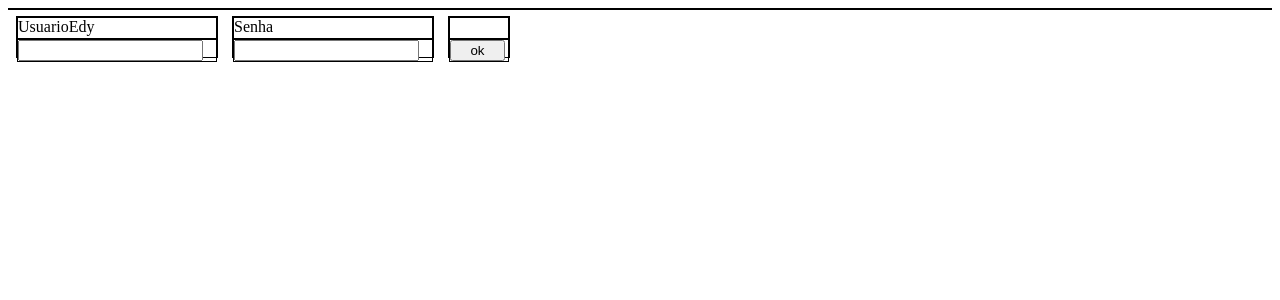
Repository: ermartins/MADASCAR
Page: http://localhost/ProjectPortal_ERM/Login/Login.jsp
These files come from the project's save history. The page is drawn as it stood at one moment and after the next save; the edit follows.
The browser window is 1280 px wide. The pictures show the whole page.
The page is served by Tomcat 9. Other server files are loaded and not shown.

Above is the page before, as saved 2016-10-13 17:20:24.

### JAVA/ProjectPortal_ERM/WebContent/Login/Login.jsp
<%@ page language="java" contentType="text/html; charset=ISO-8859-1"
	pageEncoding="ISO-8859-1"%>
<%@taglib prefix="fmt" uri="http://java.sun.com/jsp/jstl/fmt"%>
<!DOCTYPE html PUBLIC "-//W3C//DTD HTML 4.01 Transitional//EN" "http://www.w3.org/TR/html4/loose.dtd">
<html>
<head>
<meta name="viewport" content="width=device-width, initial-scale=1">
<meta http-equiv="Content-Type" content="text/html; charset=ISO-8859-1">
<link href="Styles/IncludeBorder.css" rel="stylesheet" />
<link href="Styles/Login.css" rel="stylesheet" />

<title>Insert title here</title>

</head>
<body>
	<fmt:setLocale value="pt" />
	<div class="cl_Border cl_Width510">
		<div class="cl_Border cl_Margin7 cl_Height40"
			style="float: left; width: 200px;">
			<div class="cl_Border cl_Height20">
				<label id="lblUsuario"><fmt:message key="recurso.lblUsuario" /></label>
			</div>
			<div class="cl_Border">
				<input type="text" name="txtUsuario">
			</div>
		</div>
		<div class="cl_Border cl_Margin7 cl_Height40"
			style="float: left; width: 200px; ">
			<div class="cl_Border cl_Height20" >
				<label id="lblSenha"><fmt:message key="recurso.lblSenha" /></label>
			</div>
			<div class="cl_Border">
				<input type="password" name="txtSenha">
			</div>
		</div>
		<div class="cl_Border cl_Margin7 cl_Height40"
			style="float: left; width: 60px;">
						<div class="cl_Border cl_Height20">
			</div>
			<div class="cl_Border">
				<input type="submit" name="btnOk" value="ok" style="width: 55px;">
			</div>
		</div>
	</div>
</body>
</html>

### JAVA/ProjectPortal_ERM/WebContent/Styles/IncludeBorder.css
.cl_Border{
border-style: solid;
border-width: 1px;
}

### JAVA/ProjectPortal_ERM/WebContent/Styles/Login.css
@CHARSET "ISO-8859-1";
.cl_Height20
{
	height: 20px;
}

.cl_Margin7
{
	margin: 7px;
}

.cl_Height40
{
	height: 40px;
}

After the next save:
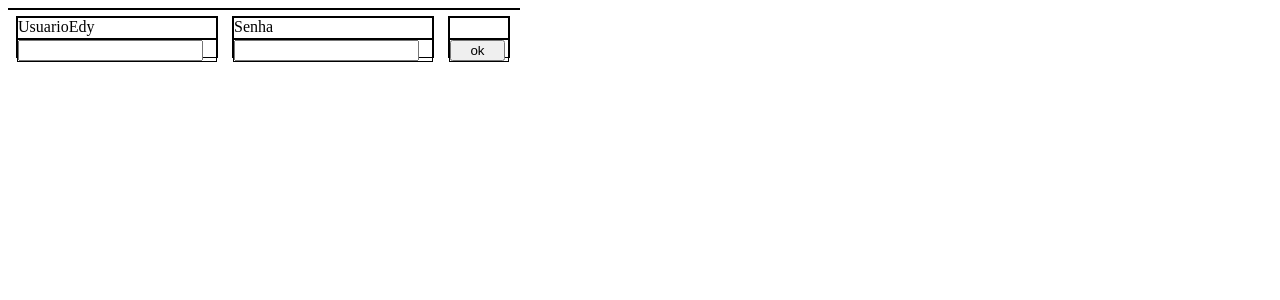
Saved 66 s later.
--- a/JAVA/ProjectPortal_ERM/WebContent/Styles/Login.css
+++ b/JAVA/ProjectPortal_ERM/WebContent/Styles/Login.css
@@ -13,3 +13,8 @@
 {
 	height: 40px;
 }
+
+.cl_Width510
+{
+	width: 510px;
+}
